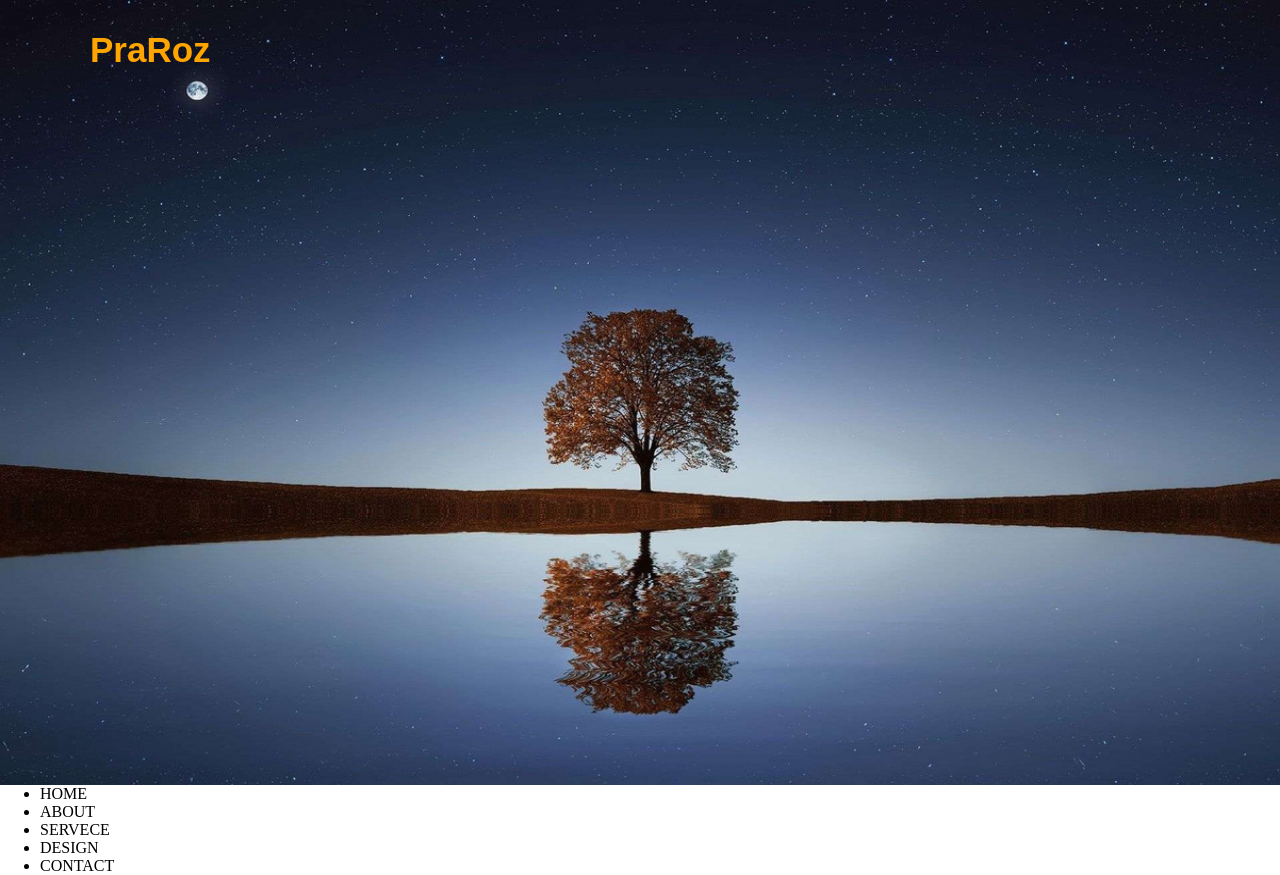
Repository: HuynhDuc23/project3
Page: index.html
These files come from the project's save history. The page is drawn as it stood at one moment and after the next save; the edit follows.
The browser window is 1280 px wide. The pictures show the whole page.

Above is the page before, as saved 2023-05-03 15:38:20.

After the next save:
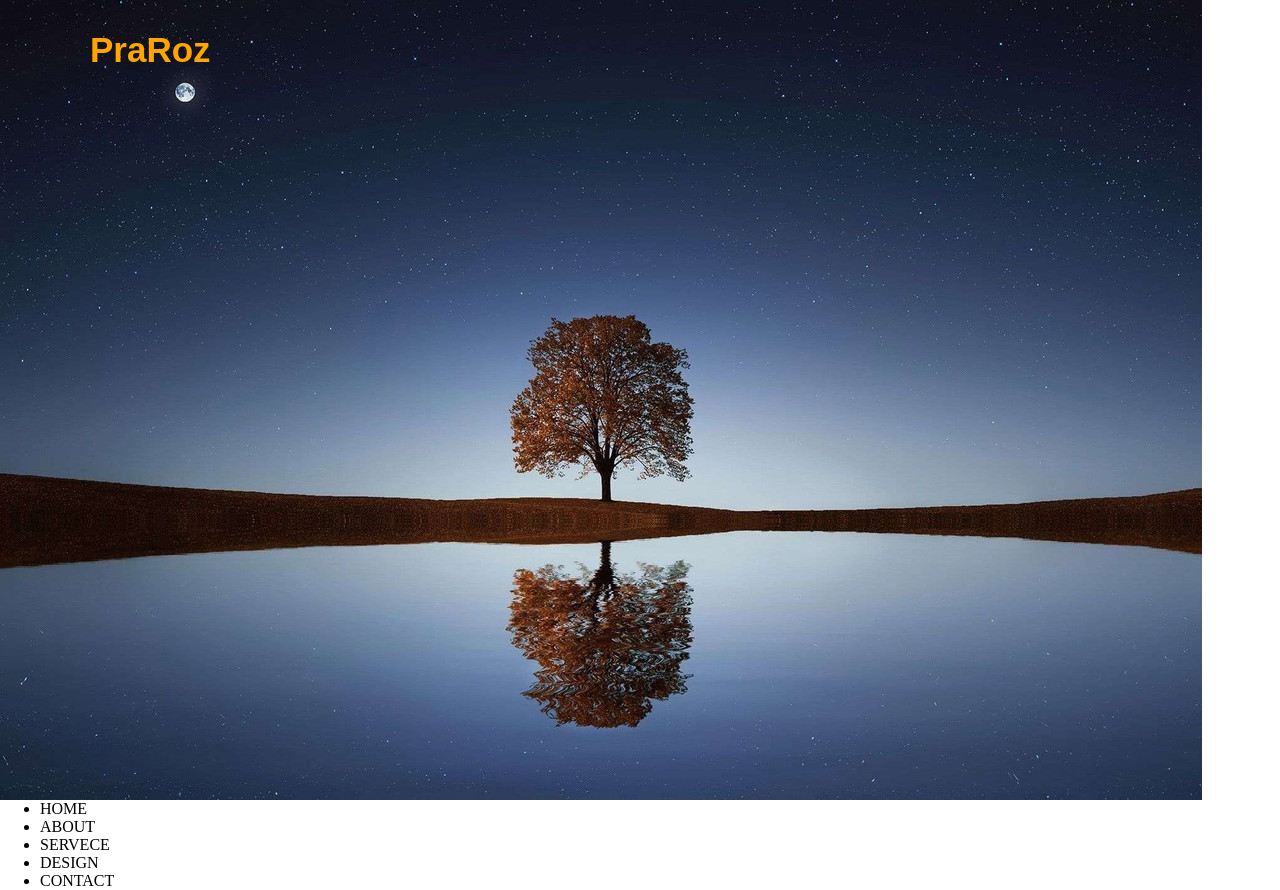
Saved 8 s later.
--- a/style.css
+++ b/style.css
@@ -2,7 +2,7 @@
     margin: 0;
     padding: 0;
 }
-.main--img {
+.main {
     width: 100%;
     background: linear-gradient(to top , rgba(0,0,0,0),rgba(0,0,0,0.5),url('img/Project3.png') );
     background-position: center;
